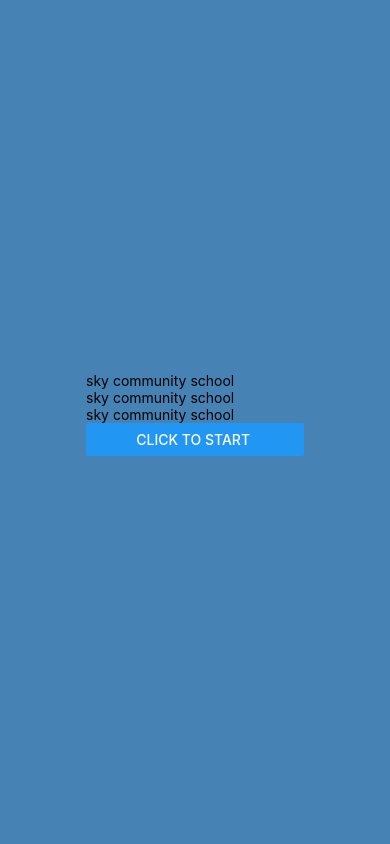
Repository: 2000-Nanayaw/MobileApp
Screen: /
An editor plug-in stored every save of this project. The screen is shown before and after the next save, followed by the edit.
The app was drawn by React Native's web renderer in a window 390 px wide. The project was rebuilt for these pictures with package versions that can differ from the ones it lists, and the page was loaded fresh each time.

Above is the screen before, as saved 2023-08-24 01:48:23.

After the next save:
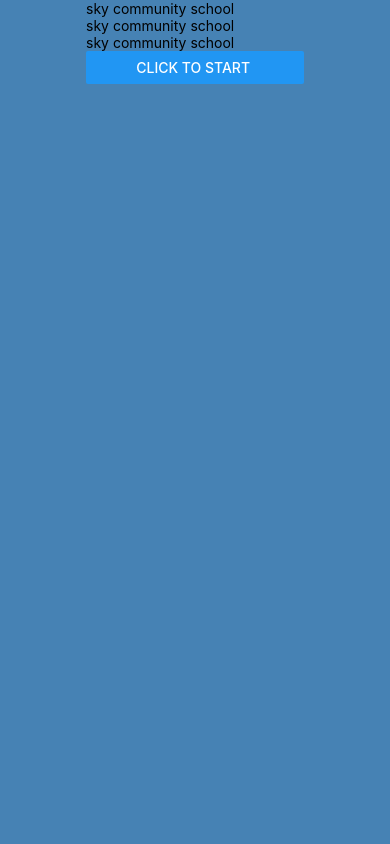
Saved 3 min 57 s later.
--- a/App.js
+++ b/App.js
@@ -21,7 +21,7 @@
     flex: 1,
     backgroundColor: 'steelblue',
     alignItems: 'center',
-    justifyContent: 'center',
+    justifyContent: 'left',
 
   },
 });

After the 2 saves that followed:
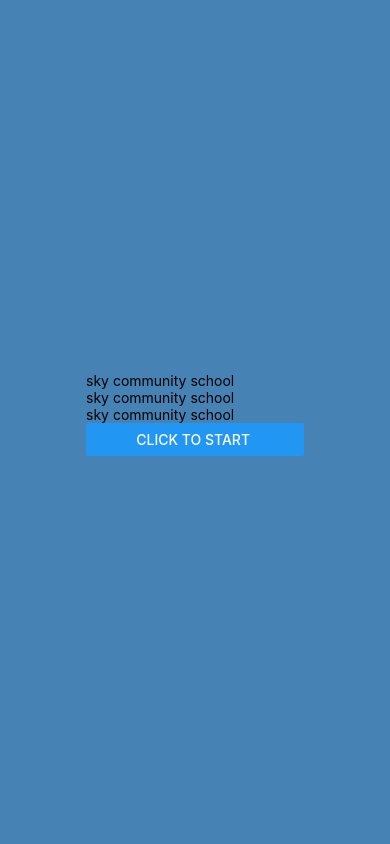
The 2 saves are shown as one change because 1 left the picture as it was.
The last was saved 29 s later.
--- a/App.js
+++ b/App.js
@@ -21,7 +21,7 @@
     flex: 1,
     backgroundColor: 'steelblue',
     alignItems: 'center',
-    justifyContent: 'left',
+    justifyContent: 'center',
 
   },
 });
